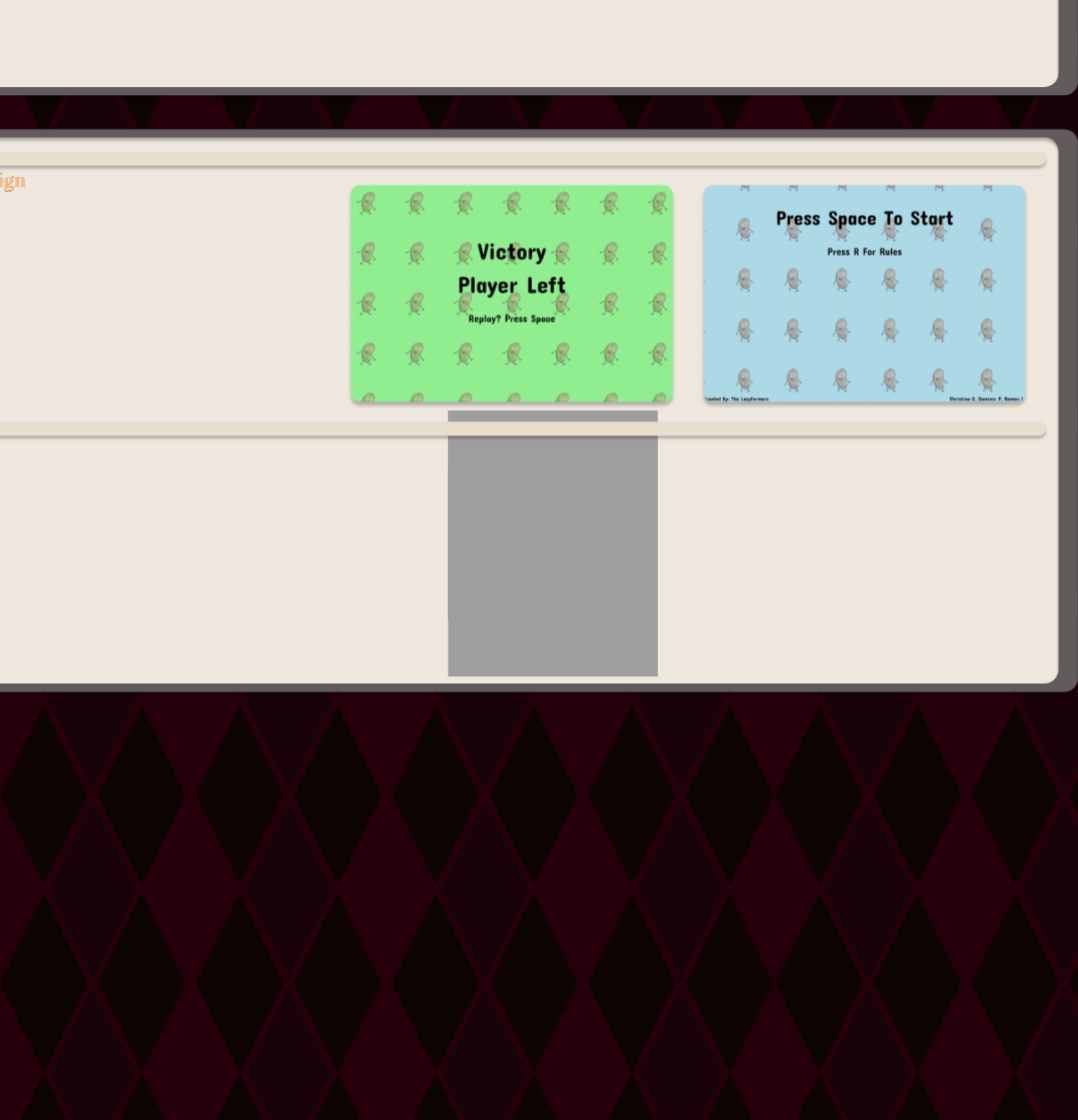
Repository: EMP-ChristinaC/Portfolio
Page: projects/potato-shuffle/potato.html
An editor plug-in stored every save of this project. The page is shown before and after a run of saves, followed by the edit.
The browser window is 1280 px wide. The page is 1540 px wide, so the pictures cover 1540 px, including what lies to the right of the window. The pictures show the part of the page from y = 1663 to 3263 px (the page is 4978 px tall), at 70% of full size.
Pictures or frames that could not be fetched are drawn as grey boxes. Some web fonts or font styles are not loaded; a fallback is used.

Above is the page before, as saved 2024-12-09 13:37:38.

After the next 8 saves:
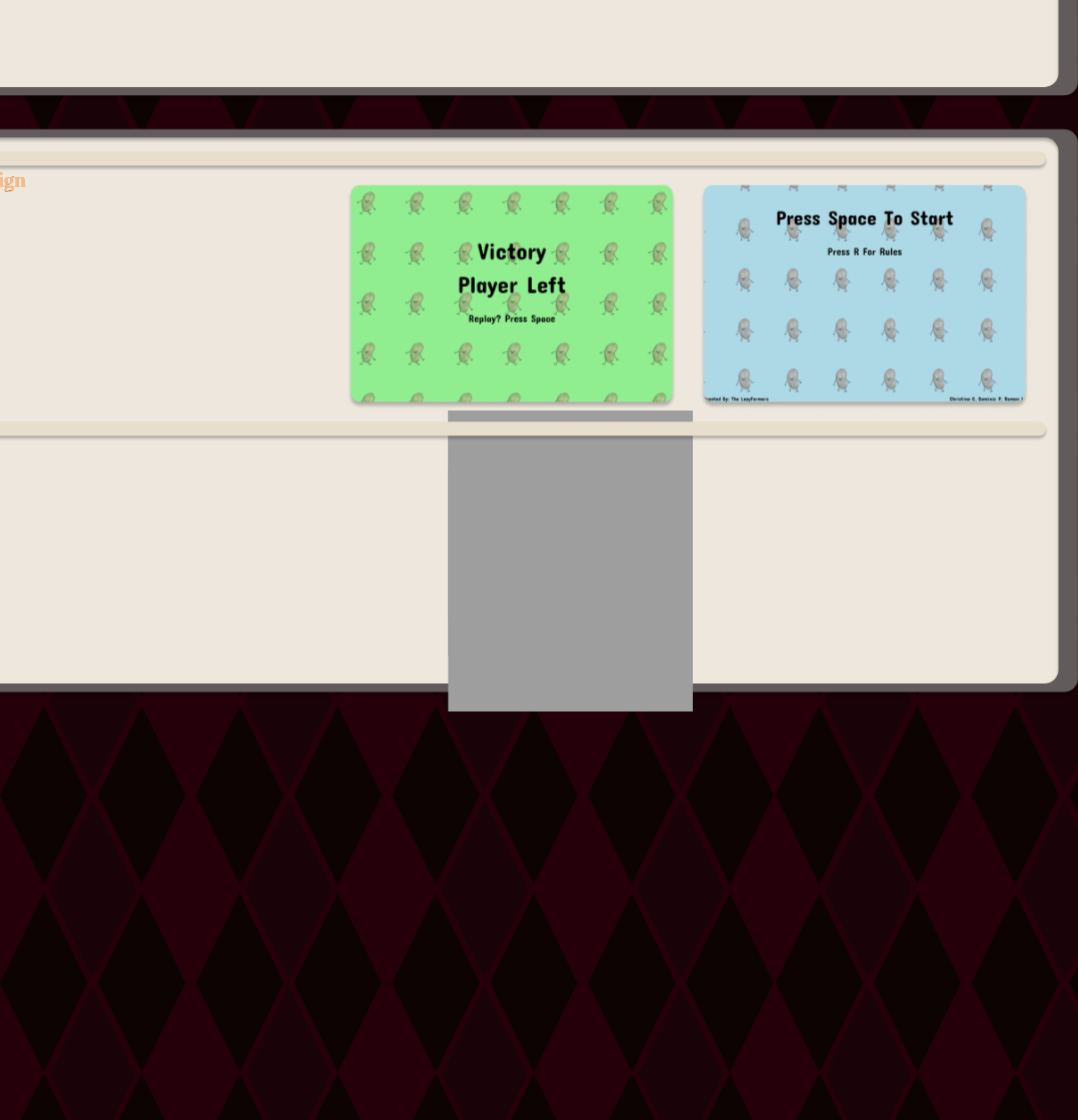
The 8 saves are shown as one change because they came seconds apart.
The last was saved 23 s later.
--- a/projects/potato-shuffle/potato.css
+++ b/projects/potato-shuffle/potato.css
@@ -516,8 +516,8 @@ footer.section p {
 }
 
 .potato-sprites-two img {
-    width: 300px;
-    height: 300px;
+    width: 350px;
+    height: 350px;
     position: absolute;
     top: 60%;
     left: 50%;
@@ -525,8 +525,8 @@ footer.section p {
 }
 
 .potato-sprites-three img {
-    width: 300px;
-    height: 300px;
+    width: 350px;
+    height: 350px;
     position: absolute;
     top: 50%;
     left: 50%;
